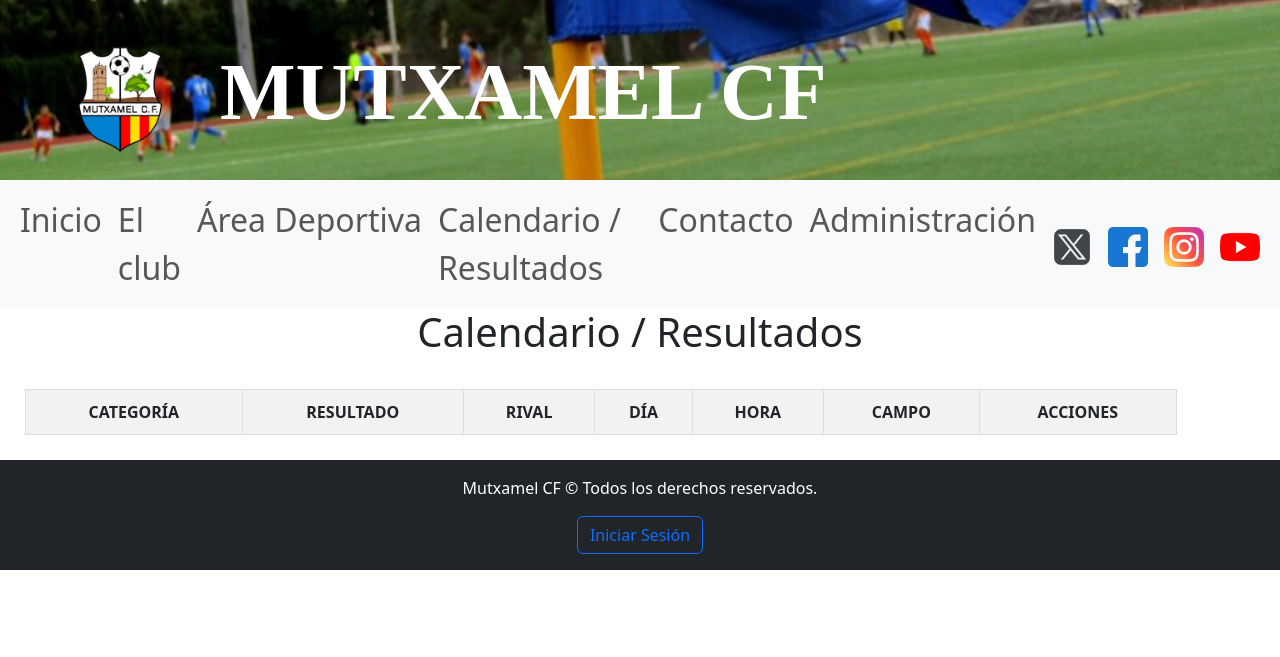
Repository: mikeluca/webMutxamelCF
Page: http://localhost/admin/calendario-resultados
An editor plug-in stored every save of this project. The page is shown before and after the next save, followed by the edit.
The browser window is 1280 px wide. The pictures show the whole page.
Some web fonts or font styles are not loaded; a fallback is used. Some web libraries are served in a nearby version. The page is this project's Thymeleaf template; nobody is signed in. The template is opened directly, without the code that normally fills it, so the values that code supplies are empty.

Above is the page before, as saved 2024-10-29 15:09:06.

### mvc/src/main/resources/templates/admin/calendario-resultados.html
<!DOCTYPE html>
<html xmlns:th="http://www.thymeleaf.org">

<head>
	<title>Mutxamel Club de Fútbol</title>
	<link href="https://cdn.jsdelivr.net/npm/bootstrap@5.3.0/dist/css/bootstrap.min.css" rel="stylesheet">
	<link th:href="@{/css/estilos.css}" rel="stylesheet">
	<link rel="icon" href="/images/favicon.ico" type="image/x-icon">
	<link href="https://fonts.googleapis.com/css2?family=Fredericka+the+Great&display=swap" rel="stylesheet">
	<link rel="stylesheet" href="https://cdn.jsdelivr.net/npm/bootstrap-icons@1.4.1/font/bootstrap-icons.css">
</head>

<body>

	<!-- Incluir el header -->
	<div th:replace="~{cabecera.html}"></div>

	<!--	<div class="container mt-5 lead">-->
	<h1 class="text-center">Calendario / Resultados</h1>

	<!-- Formulario para actualizar resultados -->
	<form method="post" th:action="@{/admin/calendario-resultados/actualizar}">
		<table>
			<thead>
				<tr>
					<th>CATEGORÍA</th>
					<th>RESULTADO</th>
					<th>RIVAL</th>
					<th>DÍA</th>
					<th>HORA</th>
					<th>CAMPO</th>
					<th>ACCIONES</th>
				</tr>
			</thead>
			<tbody>
				<!-- Iteramos sobre la lista de resultados -->
				<tr th:each="resultado, iterStat : ${resultados}">
					<td>
						<input type="text" th:value="${resultado.categoria}"
							name="resultados[__${iterStat.index}__].categoria" readonly class="form-control" />
					</td>
					<td>
						<input type="text" th:value="${resultado.resultado}"
							name="resultados[__${iterStat.index}__].resultado" class="form-control" />
					</td>
					<td>
						<input type="text" th:value="${resultado.rival}" name="resultados[__${iterStat.index}__].rival"
							class="form-control" />
					</td>
					<td>
						<input type="date" th:value="${#dates.format(resultado.dia, 'dd/MM/yyyy')}"
							name="resultados[__${iterStat.index}__].dia" class="form-control" />
					</td>
					<td>
						<input type="text" th:value="${resultado.hora}" name="resultados[__${iterStat.index}__].hora"
							class="form-control" />
					</td>
					<td>
						<input type="text" th:value="${resultado.campo}" name="resultados[__${iterStat.index}__].campo"
							class="form-control" />
					</td>
					<td>
						<!-- Botón para actualizar cada registro -->
						<button type="submit"
							th:formaction="@{/admin/calendario-resultados/actualizar/{categoria}(categoria=${resultado.categoria})}"
							class="btn btn-primary">Actualizar</button>
					</td>
				</tr>
			</tbody>
		</table>

		<!--			 Botón para enviar el formulario -->
		<!--			<div class="text-center mt-3">-->
		<!--				<button type="submit" class="btn btn-primary">Actualizar</button>-->
		<!--			</div>-->
	</form>
	<!--	</div>-->

	<!-- Incluir el footer -->
	<div th:replace="~{footer.html}"></div>

	<script src="https://code.jquery.com/jquery-3.6.0.min.js"></script>
	<script src="https://cdn.jsdelivr.net/npm/bootstrap@5.3.0/dist/js/bootstrap.bundle.min.js"></script>
</body>

</html>

### mvc/src/main/resources/templates/cabecera.html
<div>
	<header class="text-white text-center header">
		<div class="logo-titulo">
			<!-- Imagen del escudo -->
			<a href="/index"><img src="/images/escudo.png" href="/index" alt="Escudo del Club" width="200px"
					style="margin: 20px 0px;"></a>
			<!-- Nombre del club -->
			<h1 class="lead fw-bold grafiti-title" style="font-size: 80px;">MUTXAMEL CF</h1>
		</div>
	</header>

	<nav class="navbar navbar-expand-lg navbar-light bg-light" style="background-color: rgb(213, 243, 253);">
		<div class="container-fluid lead">
			<!-- Botón de hamburguesa solo visible en pantallas pequeñas -->
			<button class="navbar-toggler" type="button" data-bs-toggle="collapse" data-bs-target="#navbarNav">
				<span class="navbar-toggler-icon"></span>
			</button>
			<!-- Menú de navegación -->
			<div class="collapse navbar-collapse" id="navbarNav">
				<ul class="navbar-nav me-auto">
					<li class="nav-item">
						<a class="nav-link" href="/index">Inicio</a>
					</li>
					<li class="nav-item">
						<a class="nav-link" href="/historia">El club</a>
					</li>
					<li class="nav-item dropdown">
						<a class="nav-link dropdown-toggle" href="#" id="navbarDropdown" role="button"
							data-bs-toggle="dropdown">
							Área Deportiva
						</a>

						<ul class="dropdown-menu lead">
							<li th:each="equipo : ${listaEquipos}">
								<a class="dropdown-item" th:href="@{/categorias/{equipo}(equipo=${equipo.nombre})}"
									th:text="${equipo.nombre}"></a>
							</li>
						</ul>

						<!--						<ul class="dropdown-menu lead">-->
						<!--							<li><a class="dropdown-item"-->
						<!--									th:href="@{/categorias/{categoria}(categoria='Escuelita')}">Escuelita</a></li>-->
						<!--							<li><a class="dropdown-item"-->
						<!--									th:href="@{/categorias/{categoria}(categoria='Prebenjamín')}">Prebenjamín</a></li>-->
						<!--							<li><a class="dropdown-item"-->
						<!--									th:href="@{/categorias/{categoria}(categoria='Benjamín')}">Benjamín</a></li>-->
						<!--							<li><a class="dropdown-item"-->
						<!--									th:href="@{/categorias/{categoria}(categoria='Alevín')}">Alevín</a>-->
						<!--							</li>-->
						<!--							<li><a class="dropdown-item"-->
						<!--									th:href="@{/categorias/{categoria}(categoria='Infantil Femenino')}">Infantil-->
						<!--									Femenino</a></li>-->
						<!--							<li><a class="dropdown-item"-->
						<!--									th:href="@{/categorias/{categoria}(categoria='Infantil')}">Infantil</a></li>-->
						<!--							<li><a class="dropdown-item"-->
						<!--									th:href="@{/categorias/{categoria}(categoria='Cadete Femenino')}">Cadete-->
						<!--									Femenino</a>-->
						<!--							</li>-->
						<!--							<li><a class="dropdown-item"-->
						<!--									th:href="@{/categorias/{categoria}(categoria='Cadete')}">Cadete</a>-->
						<!--							</li>-->
						<!--							<li><a class="dropdown-item"-->
						<!--									th:href="@{/categorias/{categoria}(categoria='Juvenil')}">Juvenil</a></li>-->
						<!--							<li><a class="dropdown-item"-->
						<!--									th:href="@{/categorias/{categoria}(categoria='Filial')}">Filial</a>-->
						<!--							</li>-->
						<!--							<li><a class="dropdown-item"-->
						<!--									th:href="@{/categorias/{categoria}(categoria='Primer Equipo')}">Primer Equipo</a>-->
						<!--							</li>-->
						<!--							<li><a class="dropdown-item"-->
						<!--									th:href="@{/categorias/{categoria}(categoria='Veteranos')}">Veteranos</a></li>-->
						<!--						</ul>-->
					</li>
					<li class="nav-item">
						<a class="nav-link" href="/resultados">Calendario / Resultados</a>
					</li>
					<li class="nav-item">
						<a class="nav-link" href="/contacto">Contacto</a>
					</li>
					<!-- Menú Administración -- La opción requiere autenticación -->
					<li class="nav-item dropdown">
						<a class="nav-link dropdown-toggle" href="#" id="navbarDropdown" role="button"
							data-bs-toggle="dropdown">
							Administración
						</a>
						<ul class="dropdown-menu lead">
							<li><a class="dropdown-item" href="/admin/equipos">Equipos</a></li>
							<li><a class="dropdown-item" href="/admin/jugadores">Jugadores</a></li>
							<li><a class="dropdown-item" href="/admin/cuerpo-tecnico">Cuerpo Técnico</a></li>
							<li><a class="dropdown-item" href="/admin/calendario-resultados">Calendario/Resultados</a>
							</li>
							<li><a class="dropdown-item" href="/admin/noticias">Noticias</a></li>
						</ul>
					</li>
					<!--			<li class="nav-item" id="menu-restringido" style="display: none;">-->
					<!--				<a class="nav-link" href="#">Administración</a>-->
					<!--			</li>-->
				</ul>
			</div>
			<!-- Redes Sociales siempre pegadas a la derecha -->
			<div class="social-icons d-flex ms-auto">
				<a href="https://x.com/mutxamelcf" target="_blank" class="mx-2">
					<img src="/images/twitter.png" alt="Twitter" width="40" height="40">
				</a>
				<a href="https://facebook.com/MutxamelCF17" target="_blank" class="mx-2">
					<img src="/images/facebook.png" alt="Facebook" width="40" height="40">
				</a>
				<a href="https://instagram.com/mutxamelcf.oficial/" target="_blank" class="mx-2">
					<img src="/images/instagram.png" alt="Instagram" width="40" height="40">
				</a>
				<a href="https://youtube.com/@mutxamelcf355" target="_blank" class="mx-2">
					<img src="/images/youtube.png" alt="YouTube" width="40" height="40">
				</a>
			</div>
		</div>
	</nav>

	<!-- Modal -->
	<div class="modal fade" id="messageModal" tabindex="-1" role="dialog" aria-labelledby="modalLabel"
		aria-hidden="true">
		<div class="modal-dialog" role="document">
			<div class="modal-content">
				<div class="modal-header">
					<h5 class="modal-title" id="modalLabel">Mensaje</h5>
					<button type="button" class="close" data-dismiss="modal" aria-label="Close">
						<span aria-hidden="true">&times;</span>
					</button>
				</div>
				<div class="modal-body">
					<p th:text="${message}"></p>
				</div>
				<div class="modal-footer">
					<button type="button" class="btn btn-secondary" data-dismiss="modal">Cerrar</button>
				</div>
			</div>
		</div>
	</div>

</div>

### mvc/src/main/resources/templates/footer.html
<footer class="bg-dark text-white text-center py-3">
	<p>Mutxamel CF © Todos los derechos reservados.</p>

	<button class="btn btn-outline-primary ms-auto" data-bs-toggle="modal" data-bs-target="#loginModal">
		Iniciar Sesión
	</button>

	<!-- JS de Bootstrap y Popper.js -->
	<!--	<script src="https://cdn.jsdelivr.net/npm/@popperjs/core@2.11.6/dist/umd/popper.min.js"></script>-->
	<!--	<script src="https://cdn.jsdelivr.net/npm/bootstrap@5.3.0-alpha1/dist/js/bootstrap.min.js"></script>-->
	<!--	<script>-->
	<!--		document.addEventListener("DOMContentLoaded", function () {-->

	<!--			document.getElementById('loginButton').addEventListener('click', function () {-->
	<!--				event.preventDefault(); // Evita que el formulario se envíe normalmente-->

	<!--				// Captura los valores de usuario y contraseña-->
	<!--				const usuario = document.getElementById('usuario').value;-->
	<!--				const password = document.getElementById('password').value;-->

	<!--				// Hacemos una petición AJAX al backend para validar el login-->
	<!--				fetch('/login', {-->
	<!--					method: 'POST',-->
	<!--					headers: {-->
	<!--						'Content-Type': 'application/json',-->
	<!--					},-->
	<!--					body: JSON.stringify({username: usuario, password: password}),-->
	<!--				})-->
	<!--					.then(response => response.json())-->
	<!--					.then(data => {-->
	<!--						if (data.valid) {-->
	<!--							// Si el login es exitoso, cerramos el modal y mostramos la opción restringida-->
	<!--							const modal = bootstrap.Modal.getInstance(document.getElementById('loginModal'));-->
	<!--							modal.hide();-->

	<!--							if (data.role === 'ROLE_ADMIN') {-->
	<!--								// Muestra una opción específica si el usuario tiene el rol de admin-->
	<!--								document.getElementById('menu-restringido').style.display = 'block';-->
	<!--							}-->
	<!--						} else {-->
	<!--							// Mostrar un mensaje de error si el login falla-->
	<!--							document.getElementById('loginError').style.display = 'block';-->
	<!--						}-->
	<!--					})-->
	<!--					.catch(error => {-->
	<!--						console.error('Error al validar el login:', error);-->
	<!--					});-->
	<!--			});-->
	<!--		});-->
	<!--	</script>-->

</footer>

### mvc/src/main/resources/static/css/estilos.css
html,
body {
	height: 100%;
	/* Aseguramos que la página ocupe todo el alto del viewport */
	margin: 0;
}

/* Usar flexbox para que el contenido principal llene el espacio disponible */
body {
	display: flex;
	flex-direction: column;
	/* Coloca los elementos en columnas */
}

/* El contenido principal debe crecer para ocupar el espacio libre */
main {
	flex: 1;
	/* Hace que el main crezca y ocupe todo el espacio disponible */
}

/* Aumentar el tamaño de la clase .lead */
.lead {
	font-size: 2.0rem;
	/* Puedes ajustar este valor como desees */
}

.grafiti-title {
	font-family: 'Fredericka the Great', cursive;
	/* Aplicar la fuente */
	font-size: 3rem;
	/* Tamaño de fuente */
	color: white;
	/* Color del texto */
	text-align: center;
	/* Alinear el texto */
}

header {
	background-image: url('/images/fondo.png');
	/* Ruta de la imagen */
	background-size: cover;
	/* Ajusta la imagen para cubrir todo el encabezado */
	background-position: bottom;
	/* Centra la imagen */
	background-repeat: no-repeat;
	/* Evita que la imagen se repita */
	height: 180px;
	/* Altura del encabezado, ajusta según tu diseño */
	color: white;
	justify-content: center;
	align-items: center;
	padding: 20px;
}

/* Ocultar el icono del menú desplegable */
.dropdown-toggle::after {
	display: none;
	/* Quita la flecha que aparece por defecto */
}

/* Cambiar el color de fondo de las opciones de la barra de navegación al pasar el ratón */
.navbar-nav .nav-link:hover {
	background-color: rgba(173, 216, 230, 0.5);
	/* Cambia este color al que prefieras */
	color: #000;
	/* Cambia el color del texto si es necesario */
}

/* Cambiar el color de fondo del elemento activo */
.navbar-nav .nav-link.active {
	background-color: rgba(173, 216, 230, 0.7);
	/* Color de fondo para el elemento activo */
	color: #000;
	/* Cambia el color del texto si es necesario */
}

.dropdown-submenu {
	position: relative;
}

.dropdown-submenu .dropdown-menu {
	left: 100%;
	top: 0;
	margin-left: 0;
	margin-top: 0;
	display: none;
	/* Ocultamos el submenú inicialmente */
}

.dropdown-submenu:hover .dropdown-menu,
.dropdown-submenu:focus-within .dropdown-menu {
	display: block;
	/* Mostramos el submenú cuando se pasa el ratón o se enfoca */
}

.logo-titulo {
	display: flex;
	align-items: center;
}

.logo-titulo img {
	margin-right: 15px;
	/* Espacio entre el logo y el texto */
}

.social-icons {
	align-content: end;
}

.social-icons img {
	transition: transform 0.3s;
}

.social-icons img:hover {
	transform: scale(1.5);
	/* Aumenta el tamaño de los íconos al pasar el mouse */
}

/* Contenedor de las noticias con CSS Grid */
.noticias-grid {
	display: grid;
	grid-template-columns: repeat(auto-fit, minmax(350px, 1fr));
	/* Las tarjetas se ajustan automáticamente */
	gap: 15px;
	/* Espacio entre las tarjetas */
}

.noticia-img {
	height: 350px;
	/* Ajusta la altura deseada */
	object-fit: cover;
	/* Ajusta la imagen para que se recorte de forma adecuada */
	width: 100%;
	/* Asegura que la imagen ocupe todo el ancho del contenedor */
}

/* Contenedor de las plantillas con CSS Grid */
.personas-grid {
	display: grid;
	grid-template-columns: repeat(auto-fit, minmax(300px, 1fr));
	/* Las tarjetas se ajustan automáticamente */
	gap: 15px;
	/* Espacio entre las tarjetas */
}

.persona-img {
	height: 150px;
	/* Ajusta la altura deseada */
	object-fit: contain;
	/* Ajusta la imagen para que se recorte de forma adecuada */
	width: 100%;
	/* Asegura que la imagen ocupe todo el ancho del contenedor */
	padding: 10px;
	border-radius: 10%;
}

table {
	width: 90%;
	border-collapse: collapse;
	margin: 25px;
}

table,
th,
td {
	border: 1px solid #ddd;
}

th,
td {
	padding: 10px;
	text-align: center;
}

th {
	background-color: #f2f2f2;
}

tbody tr:nth-child(even) {
	background-color: #f9f9f9;
}

tbody tr:hover {
	background-color: #f1f1f1;
}

After the next save:
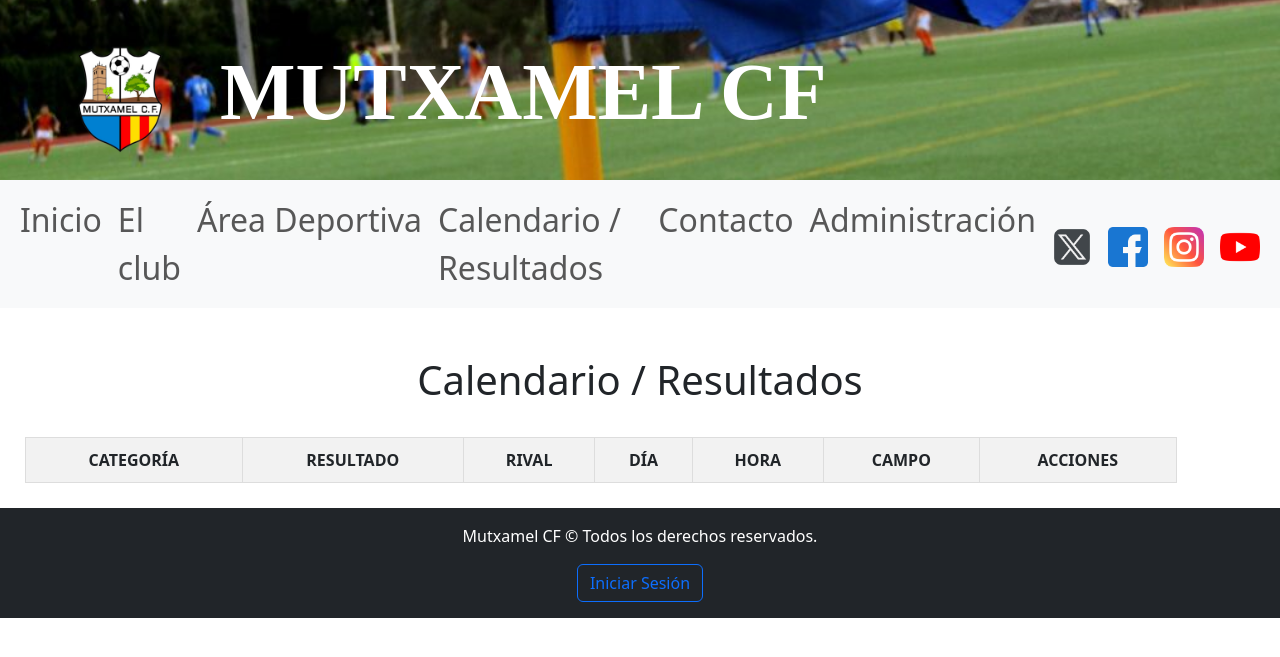
Saved 11 s later.
--- a/mvc/src/main/resources/templates/admin/calendario-resultados.html
+++ b/mvc/src/main/resources/templates/admin/calendario-resultados.html
@@ -16,7 +16,7 @@
 	<div th:replace="~{cabecera.html}"></div>
 
 	<!--	<div class="container mt-5 lead">-->
-	<h1 class="text-center">Calendario / Resultados</h1>
+	<h1 class="text-center mt-5">Calendario / Resultados</h1>
 
 	<!-- Formulario para actualizar resultados -->
 	<form method="post" th:action="@{/admin/calendario-resultados/actualizar}">
